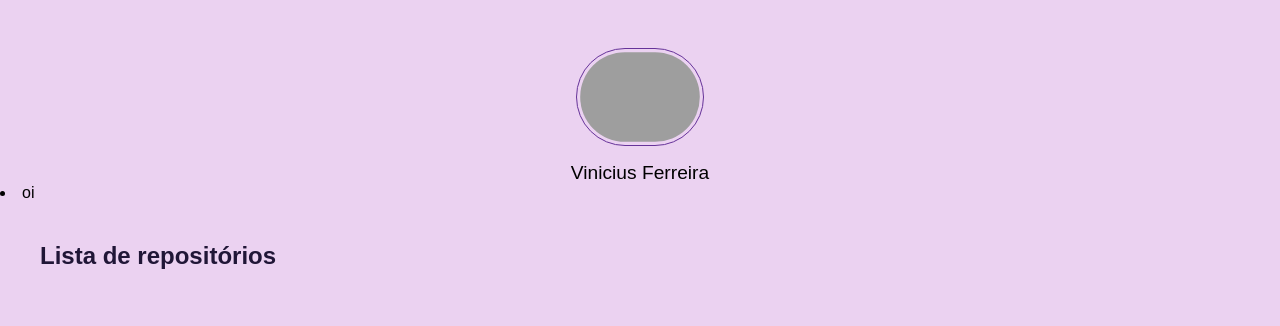
Repository: viniciusfg05/AnnotationReacts
Page: /
An editor plug-in stored every save of this project. The page is shown before and after the next save, followed by the edit.
The browser window is 1280 px wide. The pictures show the whole page.
Pictures or frames that could not be fetched are drawn as grey boxes. The page's requests for data from a server got no answer. The project was rebuilt for these pictures with package versions that can differ from the ones it lists, and the page was loaded fresh each time. No one was signed in, and anything a server would have sent is missing. Also part of the build but not shown: webpack.config.js, src/components/RepositoryItens.tsx.

Above is the page before, as saved 2022-02-18 14:45:57.

After the next save:
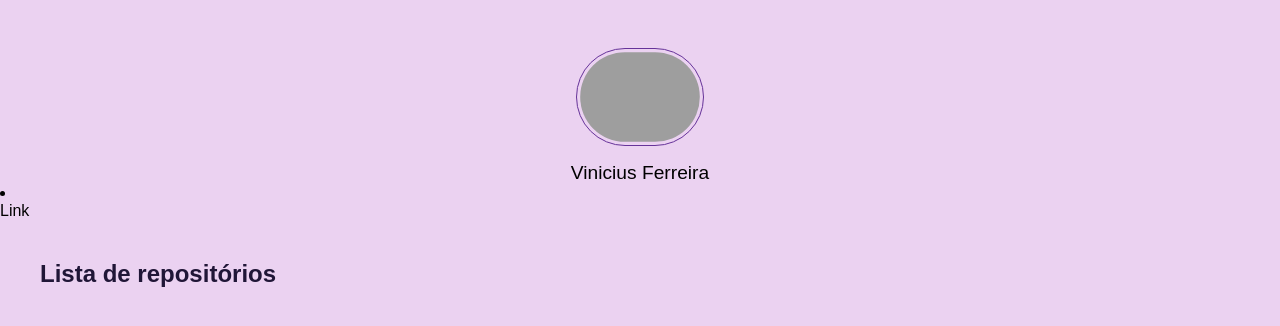
Saved 15 s later.
--- a/src/components/Profile.tsx
+++ b/src/components/Profile.tsx
@@ -19,7 +19,9 @@ export function Profile() {
 
 
         <li>
-          oi
+          <ul>
+            Link
+          </ul>
         </li>
       </div>
     </div>
